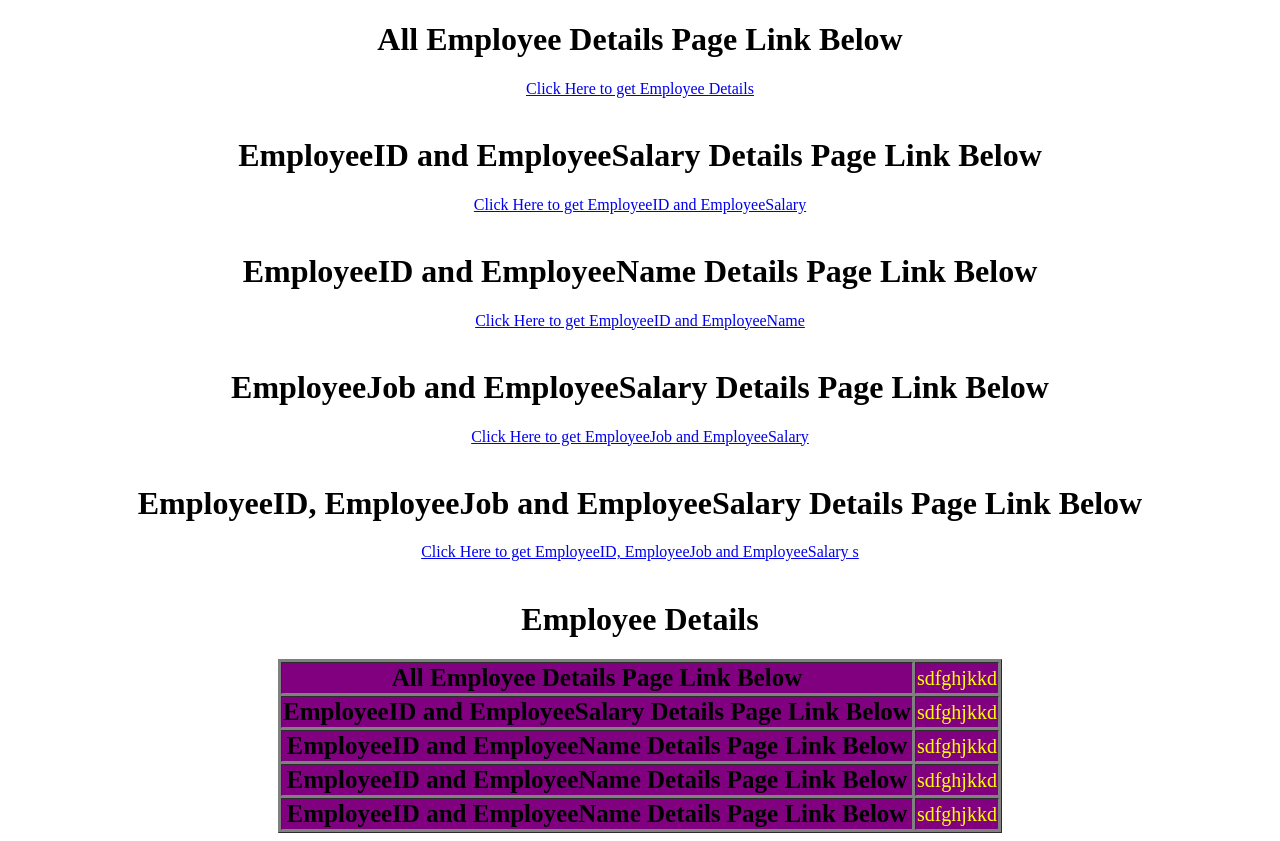
Repository: RhutujaBD/SpringMVCSession
Page: http://localhost/Spring-MVC-JDBCTemplate/WEB-INF/pages/home.jsp
These files come from the project's save history. The page is drawn as it stood at one moment and after the next save; the edit follows.
The browser window is 1280 px wide. The pictures show the whole page.
The page is served by Tomcat 9. Nobody is signed in. The template is opened directly, without the code that normally fills it, so the values that code supplies are empty.

Above is the page before, as saved 2023-03-29 10:59:45.

After the next save:
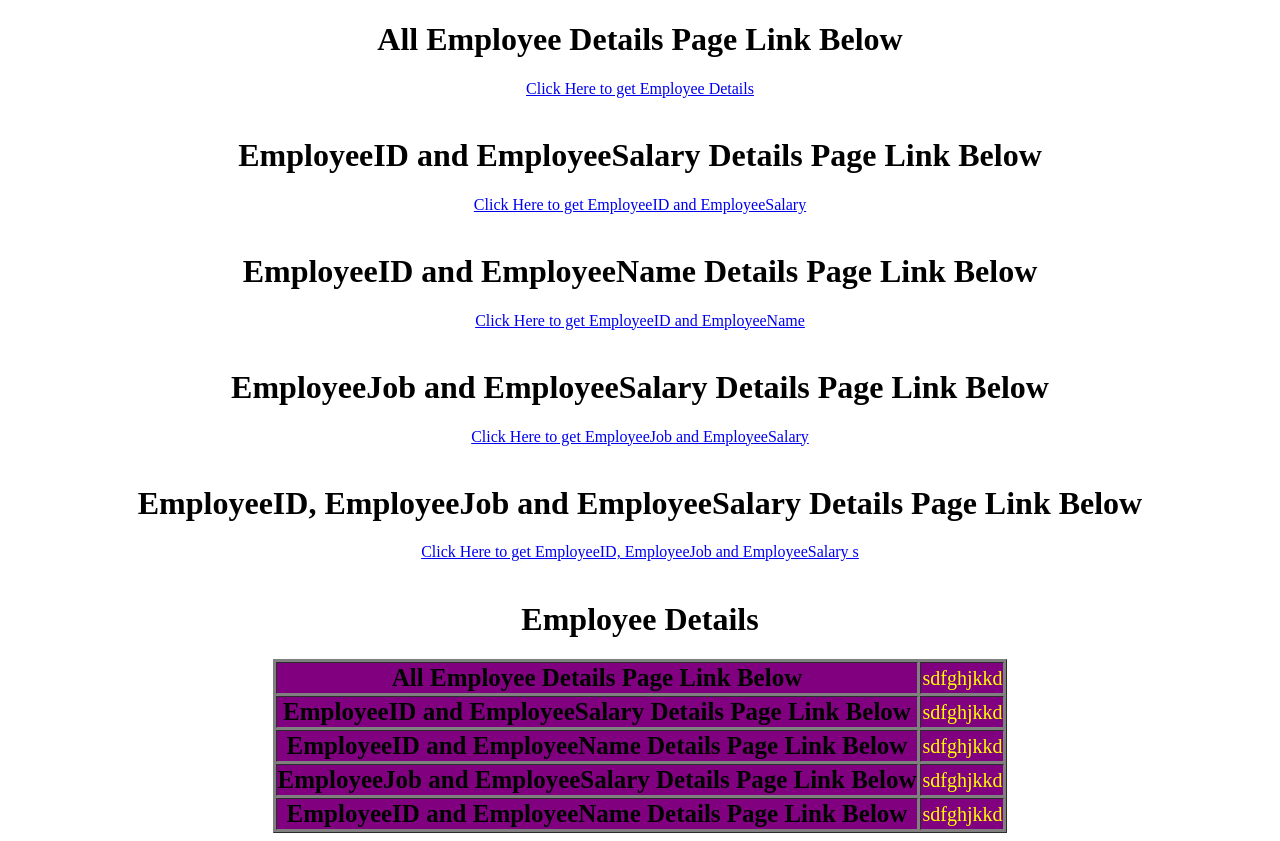
Saved 35 s later.
--- a/Spring-MVC-JDBCTemplate/src/main/webapp/WEB-INF/pages/home.jsp
+++ b/Spring-MVC-JDBCTemplate/src/main/webapp/WEB-INF/pages/home.jsp
@@ -55,7 +55,7 @@
 			<td>sdfghjkkd</td>
 		</tr>
 		<tr bgcolor="purple" bordercolor="black">
-			<th>EmployeeID and  EmployeeName Details Page Link Below</th>
+			<th>EmployeeJob and EmployeeSalary Details Page Link Below</th>
 			<td>sdfghjkkd</td>
 		</tr>
 		<tr bgcolor="purple" bordercolor="black">
